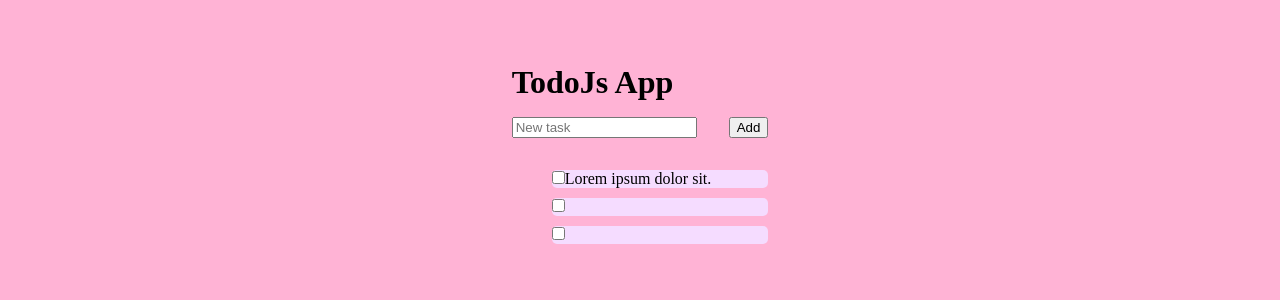
Repository: AlexandraYuhno/todo
Page: index.html
An editor plug-in stored every save of this project. The page is shown before and after the next save, followed by the edit.
The browser window is 1280 px wide. The pictures show the whole page.

Above is the page before, as saved 2024-06-17 13:52:46.

### index.html
<!DOCTYPE html>
<html lang="en">
<head>
    <meta charset="UTF-8">
    <meta name="viewport" content="width=device-width, initial-scale=1.0">
    <title>TodoJs</title>
    <link rel="stylesheet" href="style.css">
</head>
<body>
    <div class="todo">
        <div class="todo__content">
            <h1 class="todo__title"> TodoJs App </h1>
            <div class="todo__new">
                <input type="text" placeholder="New task" id="newInput">
                <button class="todo__add" id="btnAdd">Add</button>
            </div>
        </div>
        <ul class="todo__list" id="taskList">
            <li class="todo__task" id="task">
              <label class="todo__checkbox">
                <input type="checkbox">
                </label>
             <div class="todo__task-title"> Lorem ipsum dolor sit.</div>
            </li>
        </ul>
    </div>
    <script src="script.js"></script>
</body>
</html>

### style.css
*{
    margin: 0;
    box-sizing: border-box;
}

body{
    background-color: #ffb3d5;
    display: flex;
    justify-content: center;
    padding: 32px;
}

.todo{
    padding: 32px;
}

.todo__new{
    display: flex;
    padding: 16px 0 32px;
}

.todo__add{
    margin-left: 32px;
    cursor: pointer;
}

.todo__task {
    cursor: default;
    display: flex;
    align-items: center;
    background-color: #F5DCFF;
    border-radius: 5px;
    margin-bottom: 10px;
}

### script.js
const newInput = document.getElementById('newInput');
const btnAdd = document.getElementById('btnAdd');
const task = document.getElementById('task')
const taskList =document.getElementById('taskList')

let todoList = []

//Track click button 'Add'


function addTask(){
 const taskText = newInput.value
 const taskHTML = ` <li class="todo__task" id="task">
              <label class="todo__checkbox">
                <input type="checkbox">
                </label>
             <div class="todo__task-title"> ${taskText}</div>
            </li>`
 taskList.insertAdjacentHTML("beforeend", taskHTML)
}

btnAdd.addEventListener("click", addTask())
btnAdd.addEventListener("enter", addTask())





/*const newTask = document.createElement("div")
    newTask.innerHTML = newInput.value;
    div.appendChild(newTask)*/

After the next save:
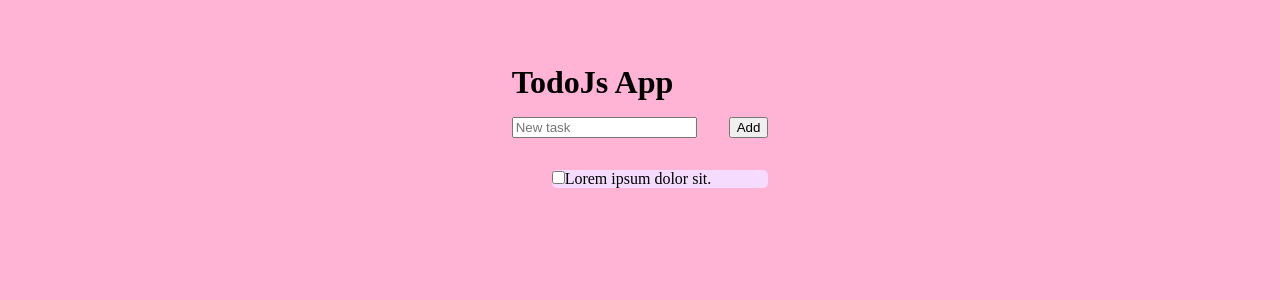
Console error: SyntaxError: missing ) after argument list
Saved 27 min 4 s later.
--- a/script.js
+++ b/script.js
@@ -8,9 +8,10 @@ let todoList = []
 //Track click button 'Add'
 
 
-function addTask(){
+function render(){
+    todoList.forEach()
  const taskText = newInput.value
- const taskHTML = ` <li class="todo__task" id="task">
+ let taskHTML = ` <li class="todo__task" id="task">
               <label class="todo__checkbox">
                 <input type="checkbox">
                 </label>
@@ -19,13 +20,50 @@ function addTask(){
  taskList.insertAdjacentHTML("beforeend", taskHTML)
 }
 
-btnAdd.addEventListener("click", addTask())
-btnAdd.addEventListener("enter", addTask())
+btnAdd.addEventListener("click", addTask(){
+    let newTodo ={
+        text,
+        checked:false
+        isCompleted:false
+        };
+        todoList push(newTodo)
+
+
+        renderTask()
+})
 
 
 
 
 
+
+
+
+
+/*btnAdd.addEventListener("enter", addTask(){
+let newTodo{
+text
+checked:false
+isCompleted:false
+};
+todoList push(newTodo)
+})*/
+
+
+/*function addTask(text){
+    const timestamp = Date.now()
+    const task = {
+        id: timestamp,
+        text,
+        isComlete:false,
+    }
+    tasks push(task)
+    console.log(tasks)
+}*/
+
 /*const newTask = document.createElement("div")
     newTask.innerHTML = newInput.value;
     div.appendChild(newTask)*/
+
+
+    {todo}
